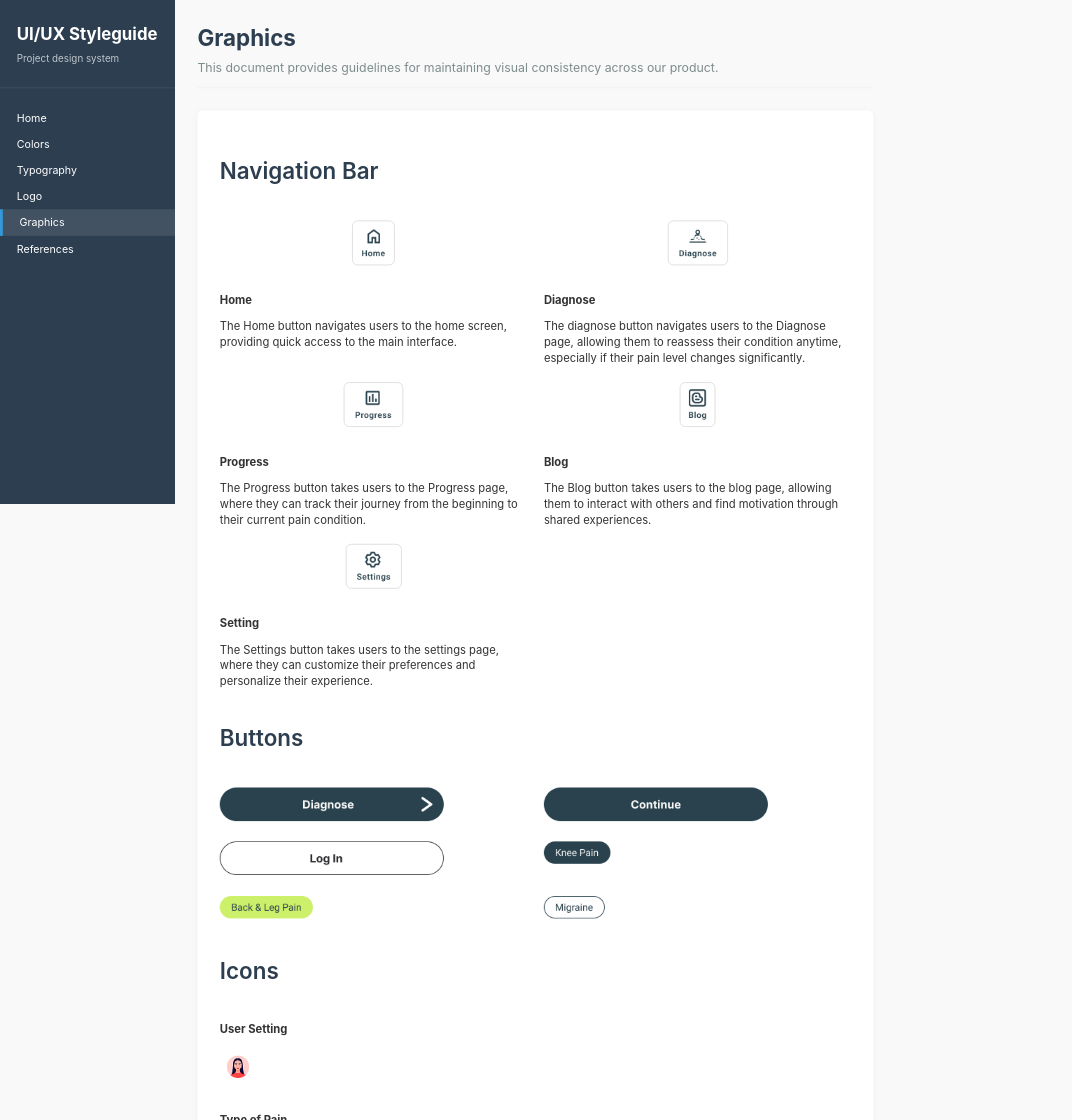
Repository: rosielee09/Heal_U
Page: graphics.html
An editor plug-in stored every save of this project. The page is shown before and after the next save, followed by the edit.
The browser window is 1280 px wide. The page is 1532 px wide, so the pictures cover 1532 px, including what lies to the right of the window. The pictures show the part of the page from y = 0 to 1600 px (the page is 4465 px tall before and 4481 px after), at 70% of full size.

Above is the page before, as saved 2025-04-06 10:47:53.

### graphics.html
<!DOCTYPE html>
<html lang="en">
<head>
    <meta charset="UTF-8">
    <meta name="viewport" content="width=device-width, initial-scale=1.0">
    <link rel="stylesheet" href="styles.css">
    <title>Heal_U Styleguide</title>
</head>
<body>
    <div class="container">
        <!-- Sidebar Navigation -->
        <div class="sidebar">
            <div class="sidebar-header">
                <h1>UI/UX Styleguide</h1>
                <p>Project design system</p>
            </div>
            <ul class="nav">
                <li ><a href="index.html">Home</a></li>
                <li><a href="colors.html">Colors</a></li>
                <li><a href="typography.html">Typography</a></li>
                <li><a href="logo.html">Logo</a></li>
                <li class="active"><a href="graphics.html">Graphics</a></li>
                <li><a href="references.html">References</a></li>
            </ul>
        </div>

        <!-- Main Content - Home Page -->

        <div class="content">
            <header class="page-header">
                <h2>Graphics</h2>
                <p>This document provides guidelines for maintaining visual consistency across our product.</p>
            </header>


           <!-- SECTION 1: menu bar -->
           <div class="component">
            <div class="component-header">

                <section class="component-section">
                    <h3 class="component-title">Navigation Bar</h3>

                    <div class="graphic-grid">
                        <!-- home -->
                        <div class="graphic-item">
                            <img class="graphic-menu__icon" src="/img/graphic-menu/home.png" alt="home">
                            <div class="graphic-info">
                                <h4 class="graphic-title">Home</h4>
                                <p class="graphic-title-desc">The Home button navigates users to the home screen, providing quick access to the main interface.</p>
                            </div>
                        </div>
                        <!-- diagnose -->
                        <div class="graphic-item">
                            <img class="graphic-menu__icon" src="/img/graphic-menu/diagnose.png" alt="diagnose">
                            <div class="graphic-info">
                                <h4 class="graphic-title">Diagnose </h4>
                                <div>The diagnose button navigates users to the Diagnose page, allowing them to reassess their condition anytime, especially if their pain level changes significantly.</div>
                            </div>
                        </div>
                        <!-- Progress -->
                        <div class="graphic-item">
                            <img class="graphic-menu__icon" src="/img/graphic-menu/progress.png" alt="Progress">
                            <div class="graphic-info">
                                <h4 class="graphic-title">Progress </h4>
                                <div>
                                    The Progress button takes users to the Progress page, where they can track their journey from the beginning to their current pain condition.</div>
                            </div>
                        </div>

                        <!-- blog -->
                        <div class="graphic-item">
                            <img class="graphic-menu__icon" src="/img/graphic-menu/blog.png" alt="blog">
                            <div class="graphic-info">
                                <h4 class="graphic-title">Blog </h4>
                                <div>The Blog button takes users to the blog page, allowing them to interact with others and find motivation through shared experiences.</div>
                        </div>
                        </div>

                        <!-- Setting -->
                        <div class="graphic-item">
                            <img class="graphic-menu__icon" src="/img/graphic-menu/setting.png" alt="Setting">
                            <div class="graphic-info">
                                <h4 class="graphic-title">Setting </h4>
                                <div>The Settings button takes users to the settings page, where they can customize their preferences and personalize their experience.</div>

                    </div>
                </div>
            </div>

<!-- button section -->
                <section class="component-section">
                    <h3 class="component-title">Buttons </h3>

                    <div class="graphic-grid">
                          <!-- fill button -->
                        <div class="graphic-item">
                            <img class="graphic-button__icon" src="/img/Appovation - buttons/Button-fill-withIcon.png" alt="fill-icon">
                        </div>
                        <div class="graphic-item">
                            <img class="graphic-button__icon" src="/img/Appovation - buttons/Button-fill.jpg" alt="fill">
                        </div>
                        <div class="graphic-item">
                            <img class="graphic-button__icon" src="/img/Appovation - buttons/Button-outline.jpg" alt="outline">
                        </div>
                        <div class="graphic-item">
                            <img class="graphic-button__icon" src="/img/Appovation - buttons/chips-fill.png" alt="chips">
                        </div>
                        <div class="graphic-item">
                            <img class="graphic-button__icon" src="/img/Appovation - buttons/chips-highlighted.png" alt="chips-highlighted">
                        </div>
                        <div class="graphic-item">
                            <img class="graphic-button__icon" src="/img/Appovation - buttons/chips-outlined.png" alt="chips-outlined">
                        </div>
                    </div>
                </section>

            <section class="component-section">
                <h3 class="component-title">Icons </h3>
                <h4 class="graphic-title">User Setting</h4>
                <div class="graphic-item">
                    <img class="graphic-icons" src="/img/Appovation - icons/user setting icon.png" alt="pain_type_icon">
                </div>

                <h4 class="graphic-title">Type of Pain</h4>
                <div class="graphic-grid__icons">

                    <div class="graphic-item">
                        <img class="graphic-icons" src="/img/Appovation - icons/Icon-stabbing.png" alt="pain_type_icon">
                    </div>
                    <div class="graphic-item">
                        <img class="graphic-icons" src="/img/Appovation - icons/Icon-tingling.png" alt="pain_type_icon">
                    </div>
                    <div class="graphic-item">
                        <img class="graphic-icons" src="/img/Appovation - icons/Icon_Burning.png" alt="pain_type_icon">
                    </div>
                    <div class="graphic-item">
                        <img class="graphic-icons" src="/img/Appovation - icons/Icon_Cramps.png" alt="pain_type_icon">
                    </div>
                    <div class="graphic-item">
                        <img class="graphic-icons" src="/img/Appovation - icons/Icon_dull ache.png" alt="pain_type_icon">
                    </div>
                    <div class="graphic-item">
                        <img class="graphic-icons" src="/img/Appovation - icons/Icon_freezing.png" alt="pain_type_icon">
                    </div>
                    <div class="graphic-item">
                        <img class="graphic-icons" src="/img/Appovation - icons/Icon_Migrane.png" alt="pain_type_icon">
                    </div>
                    <div class="graphic-item">
                        <img class="graphic-icons" src="/img/Appovation - icons/Icon_neuralgia.png" alt="pain_type_icon">
                    </div>
                    <div class="graphic-item">
                        <img class="graphic-icons" src="/img/Appovation - icons/Icon_numbness.png" alt="pain_type_icon">
                    </div>
                    <div class="graphic-item">
                        <img class="graphic-icons" src="/img/Appovation - icons/Icon_thobbing.png" alt="pain_type_icon">
                    </div>

                </div>


                <h4 class="graphic-title">Pain Scale</h4>
                <div class="graphic-grid">

                    <div class="graphic-item">
                        <img class="graphic-icons" src="/img/Appovation - icons/Pain_difference-slider-green.png" alt="pain_scale_icon">
                    </div>
                    <div class="graphic-item">
                        <img class="graphic-icons" src="/img/Appovation - icons/Pain_difference-slider-mild.png" alt="pain_scale_icon">
                    </div>
                    <div class="graphic-item">
                        <img class="graphic-icons" src="/img/Appovation - icons/Pain_difference-slider-middle.png" alt="pain_scale_icon">
                    </div>
                    <div class="graphic-item">
                        <img class="graphic-icons" src="/img/Appovation - icons/Pain_difference-slider-less-severe.png" alt="pain_scale_icon">
                    </div>
                    <div class="graphic-item">
                        <img class="graphic-icons" src="/img/Appovation - icons/Pain_difference-slider-severe.png" alt="pain_scale_icon">
                    </div>
                </div>
                <div class="graphic-item-grid1">
                    <img class="graphic-icons" src="/img/Appovation - icons/progress pain scale.png" alt="pain_scale_icon">
                </div>

        </section>

        <section class="component-section">
            <h3 class="component-title">Illustrations</h3>

            <div class="graphic-grid-illustrations">
                  <!-- fill button -->
                <div class="graphic-item-illustrations">
                    <img class="graphic-illustrations" src="/img/Appovation - illustration set/5214865 1.png" >
                </div>
                <div class="graphic-item-illustrations">
                    <img class="graphic-illustrations" src="/img/Appovation - illustration set/AdobeStock_593962329 1.png">
                </div>
                <div class="graphic-item-illustrations">
                    <img class="graphic-illustrations" src="/img/Appovation - illustration set/exercise 2.png" >
                </div>
                <div class="graphic-item-illustrations">
                    <img class="graphic-illustrations" src="/img/Appovation - illustration set/Group 103.png" >
                </div>
                <div class="graphic-item-illustrations">
                    <img class="graphic-illustrations" src="/img/Appovation - illustration set/Group 84.png" >
                </div>
                <div class="graphic-item-illustrations">
                    <img class="graphic-illustrations" src="/img/Appovation - illustration set/Group 98.png" >
                </div>
            </div>
        </section>

        <section class="component-section">
            <h3 class="component-title">Images for Contents</h3>

            <div class="graphic-grid-images">
                <div class="graphic-item">
                    <img class="graphic-icons" src="/img/Appovation - images for contents/unsplash_GbomLmruCM8.png " alt="pain_type_icon">
                </div>
                <div class="graphic-item">
                    <img class="graphic-icons" src="/img/Appovation - images for contents/unsplash_gJtDg6WfMlQ.png" alt="pain_type_icon">
                </div>
                <div class="graphic-item">
                    <img class="graphic-icons" src="/img/Appovation - images for contents/unsplash_kFCdfLbu6zA.png" alt="pain_type_icon">
                </div>
                <div class="graphic-item">
                    <img height="200px" class="graphic-icons" src="/img/Appovation - images for contents/unsplash_PJ8C7JCqK0o-1.png" alt="pain_type_icon">
                </div>
                <div class="graphic-item">
                    <img height="200px" class="graphic-icons" src="/img/Appovation - images for contents/unsplash_PJ8C7JCqK0o.png" alt="pain_type_icon">
                </div>
        </section>

        <section class="component-section">
            <h3 class="component-title">Screens</h3>

            <div class="graphic-grid-images">
                <div class="graphic-item">
                    <img class="graphic-icons" src="/img/Appovation - screens/screen-dailypopup.png " alt="pain_type_icon">
                </div>
                <div class="graphic-item">
                    <img class="graphic-icons" src="/img/Appovation - screens/screen-survey.png" alt="pain_type_icon">
                </div>
                <div class="graphic-item">
                    <img class="graphic-icons" src="/img/Appovation - screens/screen-watchingtutorial.png" alt="pain_type_icon">
                </div>

        </section>


</body>
<script src="script.js"></script>
</html>

### styles.css
* {
    margin: 0;
    padding: 0;
    box-sizing: border-box;
}

body {
    font-family: 'Inter', -apple-system, BlinkMacSystemFont, 'Segoe UI', Roboto, Oxygen, Ubuntu, Cantarell, sans-serif;
    line-height: 1.4;
    color: #333;
    background-color: #f9f9f9;
}

/* Layout */
.container {
    display: flex;
    min-height: 100vh;
}

/* Sidebar Navigation */
.sidebar {
    width: 250px;
    background-color: #2c3e50;
    color: #fff;
    padding: 2rem 0;
    position: fixed;
    height: 100vh;
    overflow-y: auto;
}

.sidebar-header {
    padding: 0 1.5rem 2rem;
    border-bottom: 1px solid rgba(255, 255, 255, 0.1);
}

.sidebar-header h1 {
    font-size: 1.5rem;
    font-weight: 700;
    margin-bottom: 0.5rem;
}

.sidebar-header p {
    font-size: 0.875rem;
    opacity: 0.7;
}

.nav {
    list-style: none;
    padding: 1.5rem 0;
}

.nav li {
    padding: 0.5rem 1.5rem;
}

.nav li.active {
    background-color: rgba(255, 255, 255, 0.1);
    border-left: 4px solid #3498db;
}

.nav a {
    color: #fff;
    text-decoration: none;
    display: block;
    font-size: 0.95rem;
    transition: all 0.2s;
}

.nav a:hover {
    opacity: 0.8;
}

/* Main Content */
.content {
    flex: 1;
    padding: 2rem;
    margin-left: 250px;
    max-width: calc(100% - 250px);
}

.page-header {
    margin-bottom: 2rem;
    padding-bottom: 1rem;
    border-bottom: 1px solid #eee;
}

.page-header h2 {
    font-size: 2rem;
    font-weight: 700;
    color: #2c3e50;
    margin-bottom: 0.5rem;
}

.page-header p {
    color: #7f8c8d;
    font-size: 1.1rem;
}

/* Components Common Styles */
.component {
    background-color: #fff;
    border-radius: 8px;
    box-shadow: 0 2px 10px rgba(0, 0, 0, 0.05);
    padding: 2rem;
    padding-top: 1rem;
    margin-bottom: 2rem;
}

.component-section{
    margin-top: 3rem;
}

.component-header {
    margin-top: 1.5rem;
    margin-bottom: 1.5rem;
}

.component-title {
    font-size: 2rem;
    font-weight: 600;
    margin-top: 2rem;
    margin-bottom: 3rem;
    color: #2c3e50;
}

.component-description {
    color: #7f8c8d;
}


    /* Color Styles */
.color-grid {
    display: grid;
    grid-template-columns: repeat(auto-fill, minmax(300px, 1fr));
    gap: 1.5rem;
}

.color-grid__onlycolor {
    display: grid;
    grid-template-columns: repeat(auto-fill, minmax(300px, 2fr));
    gap: 1.5rem;
    align-items: start;
}

.color-grid__Accessiblilliy {
    display: grid;
    grid-template-columns: repeat(auto-fit, minmax(clamp(300px, 50%, 400px), 1fr));
    gap: 1.5rem;
}

.color-item {
    border-radius: 6px;
    overflow: hidden;
    box-shadow: 0 2px 5px rgba(0, 0, 0, 0.1);
}

.color-preview {
    height: 120px;
}

.color-info {
    padding: 1rem;
    background-color: #fff;
}

.color-name {
    font-weight: 600;
    margin-bottom: 0.25rem;
}

.color-value {
    font-family: monospace;
    color: #7f8c8d;
    font-size: 0.85rem;
}

.color__primary--preview{
    background-color: #29424D;
}

.color__secondary--preview{
    background-color: #CFC4F4;
}

.color__tertiary--preview {
    background-color: #F8F3EC;
}

.color__accent--preview{
    background-color: #CDF06B;
}

.color__success--preview{
    background-color: #138636;
}

.color__error--preview{
    background-color: #C32D2D;
}

.color__warning--preview{
    background-color: #FFBD11;
}

.color__info--preview{
    background-color: #4976BA;
}

.color__background--preview{
    background-color: #fff;
}

.color__text--preview{
    background-color: #2E2E30;
}

.color-accessiblillity-img {
    width: 100%;
    height: 70%;
}

.color-example-img{
    align-items: center;
}


/* Graphics */
.graphic-grid {
    display: grid;
    grid-template-columns: repeat(auto-fill, minmax(300px, 2fr));
    gap: 1.5rem;

}

/* section__icons */
.graphic-grid__icons{
    display: grid;
    grid-template-columns: repeat(5, 1fr);
    gap: 1.5rem;
}

.graphic-item{
   justify-items: center;

}


.graphic-menu__icon{
    padding: 8px;
    border: 0.4px solid lightgrey;
    border-radius: 8px;
}

.graphic-title{
    margin-top: 2rem;
    margin-bottom: 1rem;
}

.graphic-title-desc{
    margin-bottom: 1rem;
}

.graphic-item-grid1{
    margin-top: 3rem;
}


/* section illustrations */
.graphic-grid-illustrations,
.graphic-grid-images{
    display: grid;
    grid-template-columns: repeat(3, 1fr);
    gap: 1.5rem;
}
.graphic-item-illustrations,
.graphic-illustrations{
    max-width: 200px;
    max-height: 200px;
}
.graphic-icons{
    padding: 10px;
    border-radius: 16px;
}

/* Typography */

/* Import Roboto font with multiple weights */
@import url('https://fonts.googleapis.com/css2?family=Roboto:wght@400;500;700&display=swap');


/* Table styling */
table {
  width: 100%;
  border-collapse: collapse;
  font-family: 'Roboto', sans-serif;
  margin: 2rem 0;
}

th {
  background-color: #f8f9fa;
  color: #212529;
  padding: 12px 16px;
  text-align: left;
  font-weight: 500;
  border-bottom: 2px solid #dee2e6;

}

td {
  padding: 16px;
  border-bottom: 1px solid #e9ecef;
  vertical-align: top;
}

/* Remove default list styling */
td li {
  list-style: none;
  margin: 4px 0;
  padding-left: 0;
}



.content-image {
  margin: auto;
  display: block;
  padding: 1rem;
}

.center {
  text-align: center;
}



.typography-item {
    margin-bottom: 2rem;
}


.heading1 {
  font-family: 'Roboto', sans-serif;
  font-size: 40px;
  line-height: 48px;
  font-weight: 700;
  color: #212529;

}

.heading2 {
  font-family: 'Roboto', sans-serif;
  font-size: 32px;
  line-height: 40px;
  font-weight: 700;
  color: #212529;
}

.section-header {
  font-family: 'Roboto', sans-serif;
  font-size: 24px;
  line-height: 32px;
  font-weight: 700;
  color: #212529;
}

.sub-header {
  font-family: 'Roboto', sans-serif;
  font-size: 20px;
  line-height: 28px;
  font-weight: 700;
  color: #212529;
}

.body-bold {
  font-family: 'Roboto', sans-serif;
  font-size: 16px;
  line-height: 24px;
  font-weight: 700;
  color: #212529;
}


.body {
  font-family: 'Roboto', sans-serif;
  font-size: 16px;
  line-height: 24px;
  font-weight: 400;
  color: #212529;
}

.small {
  font-family: 'Roboto', sans-serif;
  font-size: 14px;
  line-height: 20px;
  font-weight: 400;
  color: #212529;
}

.small-italic {
  font-family: 'Roboto', sans-serif;
  font-style: italic;
  font-size: 14px;
  line-height: 20px;
  font-weight: 400;
  color: #212529;
}

.tiny-bold {
  font-family: 'Roboto', sans-serif;
  font-size: 12px;
  line-height: 18px;
  font-weight: 700;
  color: #212529;
}

.tiny {
  font-family: 'Roboto', sans-serif;
  font-size: 12px;
  line-height: 18px;
  font-weight: 400;
  color: #212529;
}

.mini {
  font-family: 'Roboto', sans-serif;
  font-size: 8px;
  line-height: 12px;
  font-weight: 400;
  color: #212529;
  letter-spacing: 0.5px;
}

/* Add zebra striping for better readability */
tbody tr:nth-child(odd) {
  background-color: #f8f9fa;
}

Loaded but not shown: script.js (no stored copy; drawn as an empty file)

After the next save:
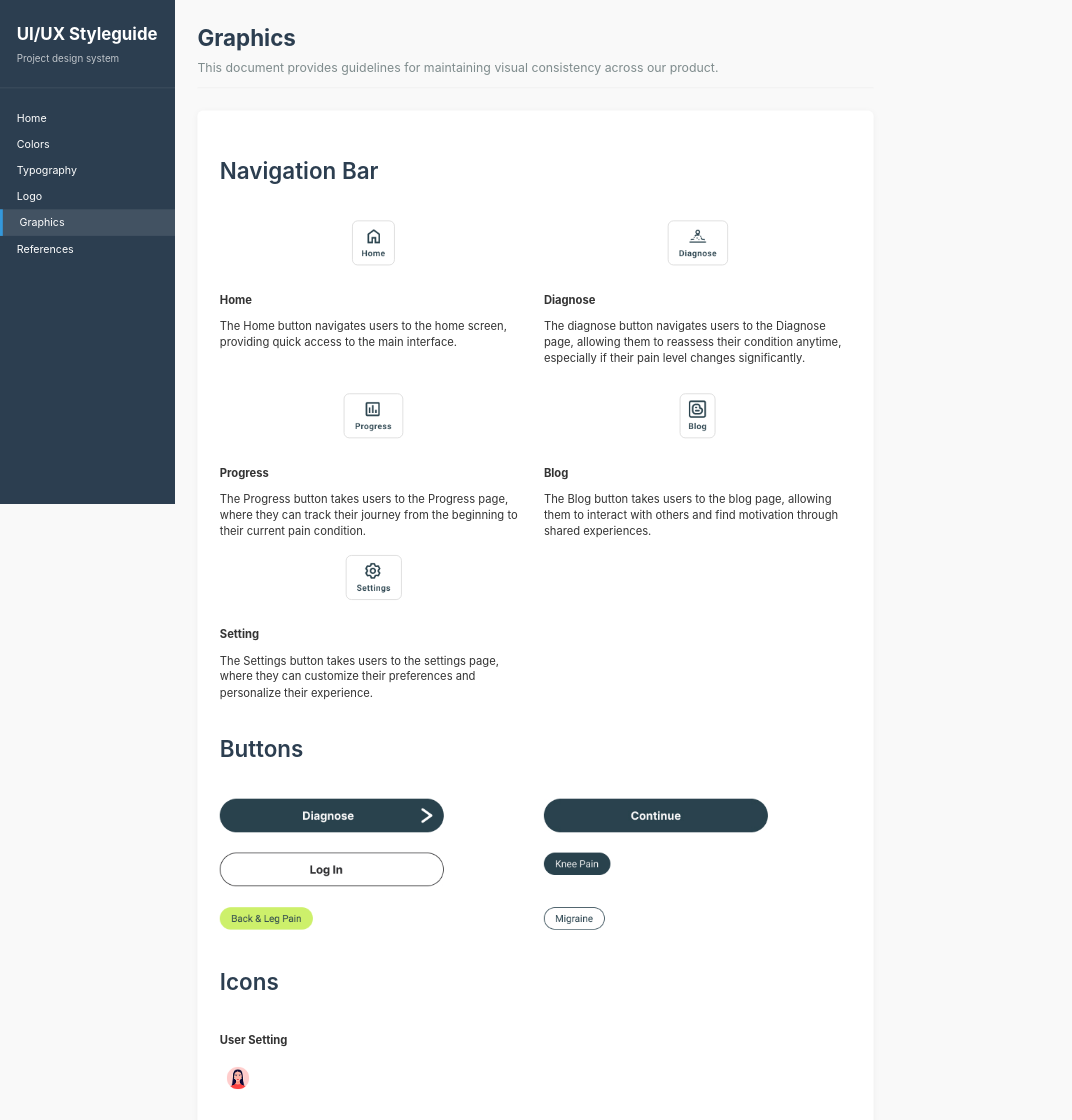
Saved 15 s later.
--- a/graphics.html
+++ b/graphics.html
@@ -54,7 +54,7 @@
                             <img class="graphic-menu__icon" src="/img/graphic-menu/diagnose.png" alt="diagnose">
                             <div class="graphic-info">
                                 <h4 class="graphic-title">Diagnose </h4>
-                                <div>The diagnose button navigates users to the Diagnose page, allowing them to reassess their condition anytime, especially if their pain level changes significantly.</div>
+                                <p class="graphic-title-desc">The diagnose button navigates users to the Diagnose page, allowing them to reassess their condition anytime, especially if their pain level changes significantly.</p>
                             </div>
                         </div>
                         <!-- Progress -->
